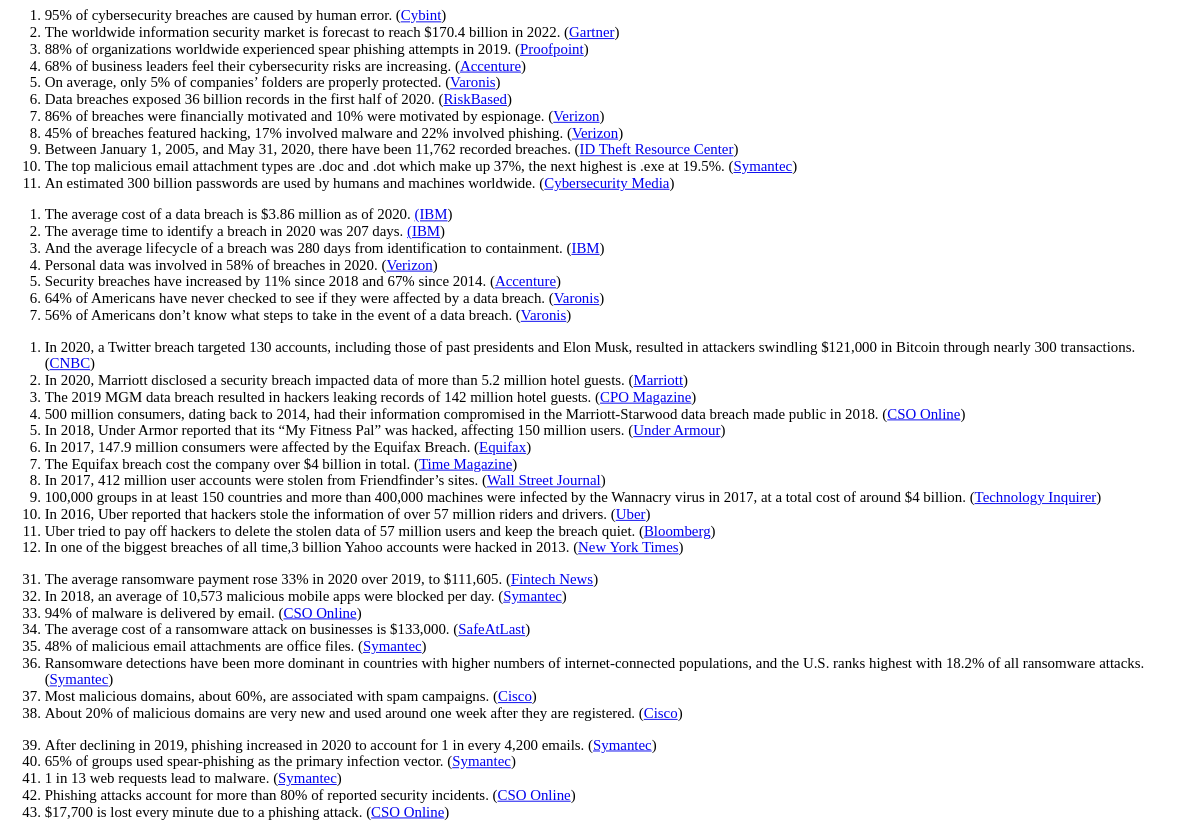
Repository: AniruddhAnand/zero_day_shield
Page: assets/data/facts.html
The author's editor kept a copy of each file at every save. The page is drawn from the files as they stood at one save, then again after the next save.
The browser window is 1280 px wide. The pictures show the whole page, at 93% of full size.

Above is the page before, as saved 2021-07-10 15:06:18.

### assets/data/facts.html
<html>

<body>
    <ol>
        <li aria-level="1">95% of cybersecurity breaches are caused by human error. (<a
                href="https://www.cybintsolutions.com/cyber-security-facts-stats/" target="_blank"
                rel="noopener noreferrer">Cybint</a>)</li>
        <li aria-level="1">The worldwide information security market is forecast to reach $170.4 billion in 2022. (<a
                href="https://www.gartner.com/en/documents/3889055" target="_blank"
                rel="noopener noreferrer">Gartner</a>)</li>
        <li aria-level="1">88% of organizations worldwide experienced spear phishing attempts in 2019. (<a
                href="https://www.proofpoint.com/sites/default/files/gtd-pfpt-uk-tr-state-of-the-phish-2020-a4_final.pdf"
                target="_blank" rel="noopener noreferrer">Proofpoint</a>)</li>
        <li aria-level="1">68% of business leaders feel their cybersecurity risks are increasing. (<a
                href="https://www.accenture.com/_acnmedia/PDF-96/Accenture-2019-Cost-of-Cybercrime-Study-Final.pdf#zoom=50"
                target="_blank" rel="noopener noreferrer">Accenture</a>)</li>
        <li aria-level="1">On average, only 5% of companies’ folders are properly protected. (<a
                href="https://www.varonis.com/2019-data-risk-report/" target="_blank"
                rel="noopener noreferrer">Varonis</a>)</li>
        <li aria-level="1">Data breaches exposed 36 billion records in the first half of 2020. (<a
                href="https://pages.riskbasedsecurity.com/hubfs/Reports/2020/2020%20Q3%20Data%20Breach%20QuickView%20Report.pdf"
                target="_blank" rel="noopener noreferrer">RiskBased</a>)</li>
        <li aria-level="1">86% of breaches were financially motivated and 10% were motivated by espionage. (<a
                href="https://enterprise.verizon.com/resources/reports/2020-data-breach-investigations-report.pdf"
                target="_blank" rel="noopener noreferrer">Verizon</a>)</li>
        <li aria-level="1">45% of breaches featured hacking, 17% involved malware and 22% involved phishing. (<a
                href="https://enterprise.verizon.com/resources/executivebriefs/2020-dbir-executive-brief.pdf"
                target="_blank" rel="noopener noreferrer">Verizon</a>)</li>
        <li aria-level="1">Between January 1, 2005, and May 31, 2020, there have been 11,762 recorded breaches. (<a
                href="https://www.idtheftcenter.org/Data-Breaches/" target="_blank" rel="noopener noreferrer">ID Theft
                Resource Center</a>)</li>
        <li aria-level="1">The top malicious email attachment types are .doc and .dot which make up 37%, the next
            highest is .exe at 19.5%. (<a
                href="http://images.mktgassets.symantec.com/Web/Symantec/%7B3a70beb8-c55d-4516-98ed-1d0818a42661%7D_ISTR23_Main-FINAL-APR10.pdf?aid=elq_"
                target="_blank" rel="noopener noreferrer">Symantec</a>)</li>
        <li aria-level="1">An estimated 300 billion passwords are used by humans and machines worldwide. (<a
                href="https://www.scmagazine.com/video-300-billion-passwords-by-2020-report-predicts/article/634848/"
                target="_blank" rel="noopener noreferrer">Cybersecurity Media</a>)</li>
    </ol>
    <ol>
        <li aria-level="1">The average cost of a data breach is $3.86 million as of 2020. <a
                href="https://www.capita.com/sites/g/files/nginej146/files/2020-08/Ponemon-Global-Cost-of-Data-Breach-Study-2020.pdf"
                target="_blank" rel="noopener noreferrer"> (IBM</a>)</li>
        <li aria-level="1">The average time to identify a breach in 2020 was 207 days. <a
                href="https://www.capita.com/sites/g/files/nginej146/files/2020-08/Ponemon-Global-Cost-of-Data-Breach-Study-2020.pdf"
                target="_blank" rel="noopener noreferrer"> (IBM</a>)</li>
        <li aria-level="1">And the average lifecycle of a breach was 280 days from identification to containment. (<a
                href="https://www.ibm.com/security/data-breach" target="_blank" rel="noopener noreferrer">IBM</a>)</li>
        <li aria-level="1">Personal data was involved in 58% of breaches in 2020. (<a
                href="https://enterprise.verizon.com/resources/executivebriefs/2020-dbir-executive-brief.pdf"
                target="_blank" rel="noopener noreferrer">Verizon</a>)</li>
        <li aria-level="1">Security breaches have increased by 11% since 2018 and 67% since 2014. (<a
                href="https://www.accenture.com/us-en/insights/security/cost-cybercrime-study" target="_blank"
                rel="noopener noreferrer">Accenture</a>)</li>
        <li aria-level="1">64% of Americans have never checked to see if they were affected by a data breach. (<a
                href="https://www.varonis.com/blog/data-breach-literacy-survey/" target="_blank"
                rel="noopener noreferrer">Varonis</a>)</li>
        <li aria-level="1">56% of Americans don’t know what steps to take in the event of a data breach. (<a
                href="https://www.varonis.com/blog/data-breach-literacy-survey/" target="_blank"
                rel="noopener noreferrer">Varonis</a>)</li>
    </ol>
    <ol>
        <li aria-level="1">In 2020, a Twitter breach targeted 130 accounts, including those of past presidents and Elon
            Musk, resulted in attackers swindling $121,000 in Bitcoin through nearly 300 transactions. (<a
                href="https://www.cnbc.com/2020/07/16/twitter-hackers-made-121000-in-bitcoin-analysis-shows.html"
                target="_blank" rel="noopener noreferrer">CNBC</a>)</li>
        <li aria-level="1">In 2020, Marriott disclosed a security breach impacted data of more than 5.2 million hotel
            guests. (<a
                href="https://news.marriott.com/news/2020/03/31/marriott-international-notifies-guests-of-property-system-incident"
                target="_blank" rel="noopener noreferrer">Marriott</a>)</li>
        <li aria-level="1">The 2019 MGM data breach resulted in hackers leaking records of 142 million hotel guests. (<a
                href="https://www.cpomagazine.com/cyber-security/new-details-indicate-that-scope-of-the-2019-mgm-data-breach-is-much-bigger-than-expected/"
                target="_blank" rel="noopener noreferrer">CPO Magazine</a>)</li>
        <li aria-level="1">500 million consumers, dating back to 2014, had their information compromised in the
            Marriott-Starwood data breach made public in 2018. (<a
                href="https://www.csoonline.com/article/3441220/marriott-data-breach-faq-how-did-it-happen-and-what-was-the-impact.html"
                target="_blank" rel="noopener noreferrer">CSO Online</a>)</li>
        <li aria-level="1">In 2018, Under Armor reported that its “My Fitness Pal” was hacked, affecting 150 million
            users. (<a
                href="http://www.uabiz.com/news-releases/news-release-details/under-armour-notifies-myfitnesspal-users-data-security-issue"
                target="_blank" rel="noopener noreferrer">Under Armour</a>)</li>
        <li aria-level="1">In 2017, 147.9 million consumers were affected by the Equifax Breach. (<a
                href="https://investor.equifax.com/news-and-events/news/2017/09-07-2017-213000628" target="_blank"
                rel="noopener noreferrer">Equifax</a>)</li>
        <li aria-level="1">The Equifax breach cost the company over $4 billion in total. (<a
                href="http://time.com/money/4936732/equifaxs-massive-data-breach-has-cost-the-company-4-billion-so-far"
                target="_blank" rel="noopener noreferrer">Time Magazine</a>)</li>
        <li aria-level="1">In 2017, 412 million user accounts were stolen from Friendfinder’s sites. (<a
                href="https://www.wsj.com/articles/friendfinder-investigates-report-of-breached-accounts-1479160660"
                target="_blank" rel="noopener noreferrer">Wall Street Journal</a>)</li>
        <li aria-level="1">100,000 groups in at least 150 countries and more than 400,000 machines were infected by the
            Wannacry virus in 2017, at a total cost of around $4 billion. (<a
                href="http://technology.inquirer.net/62619/least-100000-groups-150-countries-hit-ransomware"
                target="_blank" rel="noopener noreferrer">Technology Inquirer</a>)</li>
        <li aria-level="1">In 2016, Uber reported that hackers stole the information of over 57 million riders and
            drivers. (<a href="https://www.uber.com/newsroom/2016-data-incident/" target="_blank"
                rel="noopener noreferrer">Uber</a>)</li>
        <li aria-level="1">Uber tried to pay off hackers to delete the stolen data of 57 million users and keep the
            breach quiet. (<a
                href="https://www.bloomberg.com/news/articles/2017-11-21/uber-concealed-cyberattack-that-exposed-57-million-people-s-data"
                target="_blank" rel="noopener noreferrer">Bloomberg</a>)</li>
        <li aria-level="1">In one of the biggest breaches of all time,3 billion Yahoo accounts were hacked in 2013. (<a
                href="https://www.nytimes.com/2017/10/03/technology/yahoo-hack-3-billion-users.html" target="_blank"
                rel="noopener noreferrer">New York Times</a>)</li>
    </ol>
    <ol start="31">
        <li aria-level="1">The average ransomware payment rose 33% in 2020 over 2019, to $111,605. (<a
                href="https://www.fintechnews.org/the-2020-cybersecurity-stats-you-need-to-know/" target="_blank"
                rel="noopener noreferrer">Fintech News</a>)</li>
        <li aria-level="1">In 2018, an average of 10,573 malicious mobile apps were blocked per day. (<a
                href="https://www.symantec.com/security-center/threat-report" target="_blank"
                rel="noopener noreferrer">Symantec</a>)</li>
        <li aria-level="1"> 94% of malware is delivered by email. (<a
                href="https://www.csoonline.com/article/3153707/top-cybersecurity-facts-figures-and-statistics.html"
                target="_blank" rel="noopener noreferrer">CSO Online</a>)</li>
        <li aria-level="1">The average cost of a ransomware attack on businesses is $133,000. (<a
                href="https://safeatlast.co/blog/ransomware-statistics/" target="_blank"
                rel="noopener noreferrer">SafeAtLast</a>)</li>
        <li aria-level="1">48% of malicious email attachments are office files. (<a
                href="https://www.symantec.com/security-center/threat-report" target="_blank"
                rel="noopener noreferrer">Symantec</a>)</li>
        <li aria-level="1">Ransomware detections have been more dominant in countries with higher numbers of
            internet-connected populations, and the U.S. ranks highest with 18.2% of all ransomware attacks. (<a
                href="http://images.mktgassets.symantec.com/Web/Symantec/%7B3a70beb8-c55d-4516-98ed-1d0818a42661%7D_ISTR23_Main-FINAL-APR10.pdf?"
                target="_blank" rel="noopener noreferrer">Symantec</a>)</li>
        <li aria-level="1">Most malicious domains, about 60%, are associated with spam campaigns. (<a
                href="https://www.cisco.com/c/en/us/products/security/security-reports.html#~stickynav=2"
                target="_blank" rel="noopener noreferrer">Cisco</a>)</li>
        <li aria-level="1">About 20% of malicious domains are very new and used around one week after they are
            registered. (<a href="https://www.cisco.com/c/dam/m/digital/elq-cmcglobal/witb/acr2018/acr2018final.pdf?"
                target="_blank" rel="noopener noreferrer">Cisco</a>)</li>
    </ol>
    <ol start="39">
        <li aria-level="1">After declining in 2019, phishing increased in 2020 to account for 1 in every 4,200 emails. (<a href="https://symantec-enterprise-blogs.security.com/blogs/threat-intelligence/threat-landscape-q1-2020" target="_blank" rel="noopener noreferrer">Symantec</a>)</li>
        <li aria-level="1">65% of groups used spear-phishing as the primary infection vector. (<a href="https://www.symantec.com/security-center/threat-report" target="_blank" rel="noopener noreferrer">Symantec</a>)</li>
        <li aria-level="1">1 in 13 web requests lead to malware. (<a href="http://images.mktgassets.symantec.com/Web/Symantec/%7B3a70beb8-c55d-4516-98ed-1d0818a42661%7D_ISTR23_Main-FINAL-APR10.pdf?aid=elq_" target="_blank" rel="noopener noreferrer">Symantec</a>)</li>
        <li aria-level="1">Phishing attacks account for more than 80% of reported security incidents. (<a href="https://www.csoonline.com/article/3153707/top-cybersecurity-facts-figures-and-statistics.html" target="_blank" rel="noopener noreferrer">CSO Online</a>)</li>
        <li aria-level="1">$17,700 is lost every minute due to a phishing attack. (<a href="https://www.csoonline.com/article/3153707/top-cybersecurity-facts-figures-and-statistics.html" target="_blank" rel="noopener noreferrer">CSO Online</a>)</li>
        </ol>
</body>

</html>

After the next save:
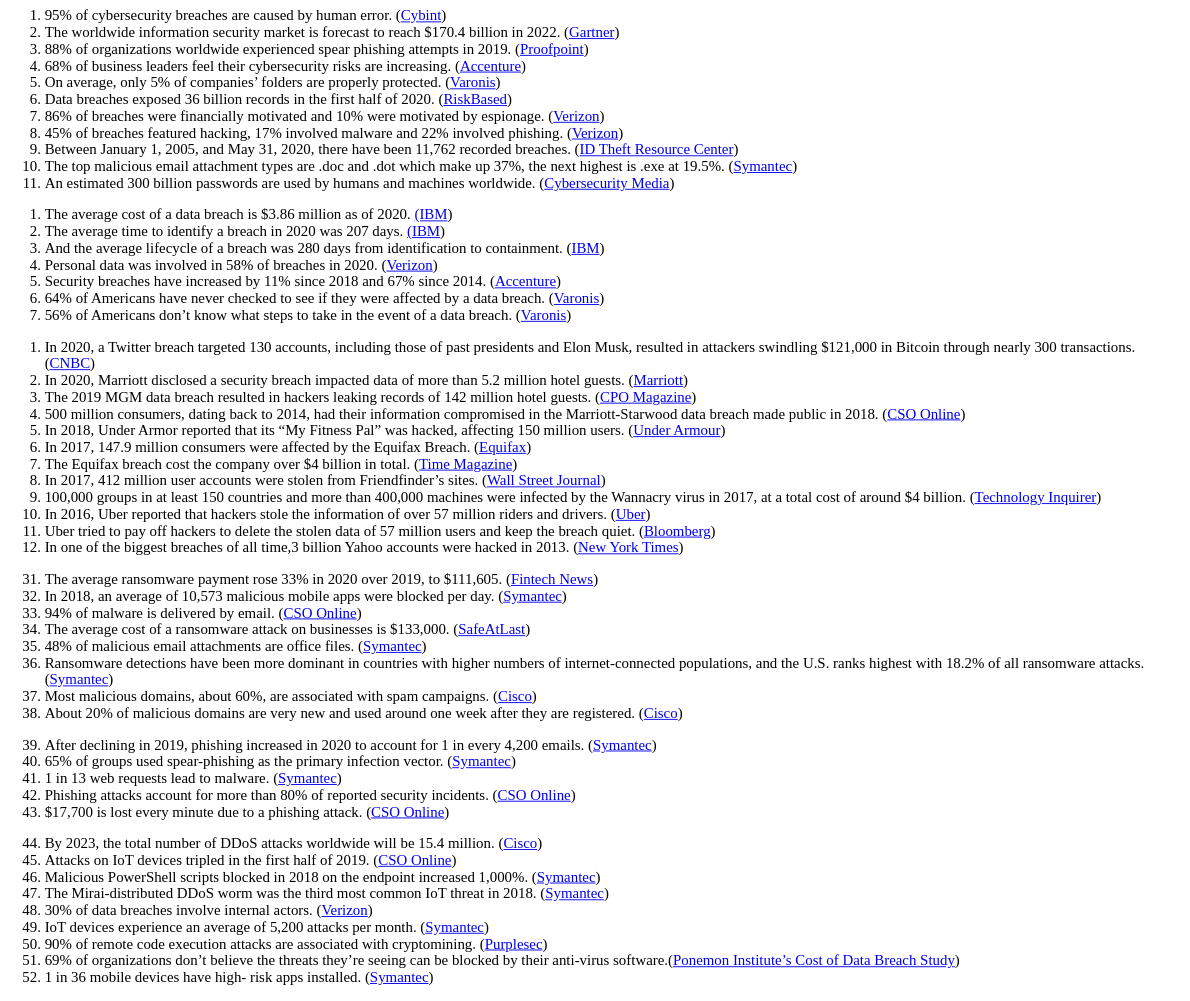
Saved 9 s later.
--- a/assets/data/facts.html
+++ b/assets/data/facts.html
@@ -137,6 +137,17 @@
         <li aria-level="1">Phishing attacks account for more than 80% of reported security incidents. (<a href="https://www.csoonline.com/article/3153707/top-cybersecurity-facts-figures-and-statistics.html" target="_blank" rel="noopener noreferrer">CSO Online</a>)</li>
         <li aria-level="1">$17,700 is lost every minute due to a phishing attack. (<a href="https://www.csoonline.com/article/3153707/top-cybersecurity-facts-figures-and-statistics.html" target="_blank" rel="noopener noreferrer">CSO Online</a>)</li>
         </ol>
+        <ol start="44">
+            <li aria-level="1">By 2023, the total number of DDoS attacks worldwide will be 15.4 million. (<a href="https://www.cisco.com/c/en/us/solutions/collateral/executive-perspectives/annual-internet-report/white-paper-c11-741490.html" target="_blank" rel="noopener noreferrer">Cisco</a>)</li>
+            <li aria-level="1">Attacks on IoT devices tripled in the first half of 2019. (<a href="https://www.csoonline.com/article/3153707/top-cybersecurity-facts-figures-and-statistics.html" target="_blank" rel="noopener noreferrer">CSO Online</a>)</li>
+            <li aria-level="1">Malicious PowerShell scripts blocked in 2018 on the endpoint increased 1,000%. (<a href="https://www.symantec.com/security-center/threat-report" target="_blank" rel="noopener noreferrer">Symantec</a>)</li>
+            <li aria-level="1">The Mirai-distributed DDoS worm was the third most common IoT threat in 2018.  (<a href="https://www.symantec.com/security-center/threat-report" target="_blank" rel="noopener noreferrer">Symantec</a>)</li>
+            <li aria-level="1">30% of data breaches involve internal actors. (<a href="https://enterprise.verizon.com/resources/reports/2020-data-breach-investigations-report.pdf" target="_blank" rel="noopener noreferrer">Verizon</a>)</li>
+            <li aria-level="1">IoT devices experience an average of 5,200 attacks per month. (<a href="https://www.symantec.com/security-center/threat-report" target="_blank" rel="noopener noreferrer">Symantec</a>)</li>
+            <li aria-level="1">90% of remote code execution attacks are associated with cryptomining. (<a href="https://purplesec.us/resources/cyber-security-statistics/" target="_blank" rel="noopener noreferrer">Purplesec</a>)</li>
+            <li aria-level="1">69% of organizations don’t believe the threats they’re seeing can be blocked by their anti-virus software.(<a href="https://www-01.ibm.com/common/ssi/cgi-bin/ssialias?htmlfid=SEL03130WWEN&amp;" target="_blank" rel="noopener noreferrer">Ponemon Institute’s Cost of Data Breach Study</a>)</li>
+            <li aria-level="1">1 in 36 mobile devices have high- risk apps installed. (<a href="https://www.symantec.com/security-center/threat-report" target="_blank" rel="noopener noreferrer">Symantec</a>)</li>
+            </ol>
 </body>
 
 </html>
